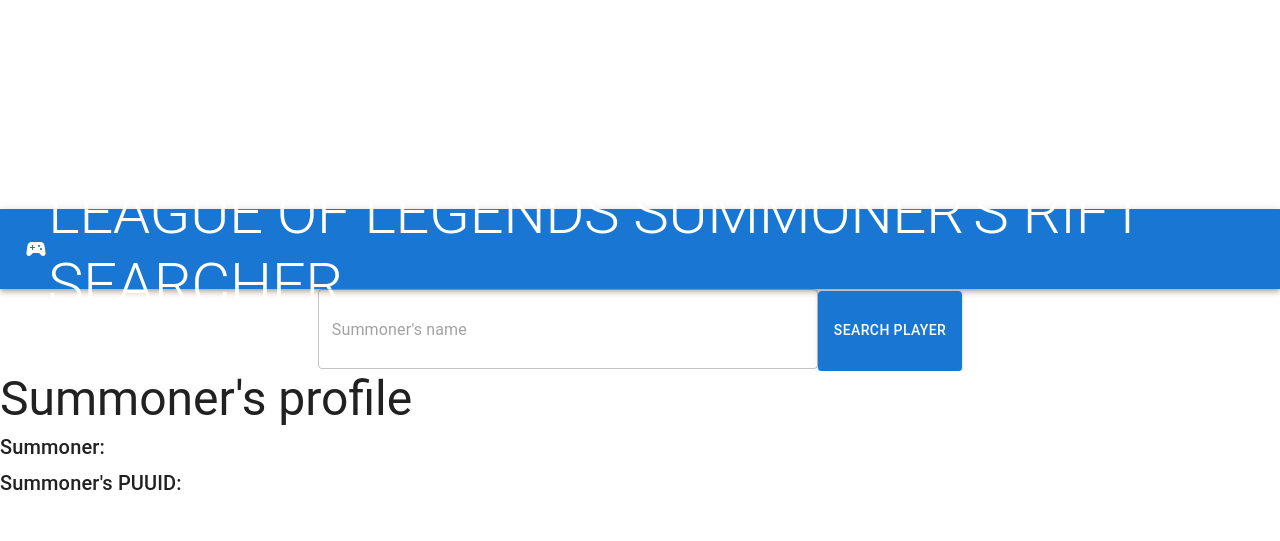
Repository: Mikerr21/League-Of-Legends-API
Page: /
An editor plug-in stored every save of this project. The page is shown before and after the next save, followed by the edit.
The browser window is 1280 px wide. The pictures show the whole page.
The page's requests for data from a server got no answer. The project was rebuilt for these pictures with package versions that can differ from the ones it lists, and the page was loaded fresh each time. No one was signed in, and anything a server would have sent is missing.

Above is the page before, as saved 2022-09-24 22:33:26.

### public/index.html
<!DOCTYPE html>
<html lang="en">
  <head>
    <meta charset="utf-8" />
    <link rel="icon" href="%PUBLIC_URL%/favicon.ico" />
    <meta name="viewport" content="width=device-width, initial-scale=1" />
    <meta name="theme-color" content="#000000" />
    <meta
      name="description"
      content="Web site created using create-react-app"
    />
    <link rel="apple-touch-icon" href="%PUBLIC_URL%/logo192.png" />

    <title>React App</title>
  </head>
  <body>
    <noscript>You need to enable JavaScript to run this app.</noscript>
    <div id="root"></div>

  </body>
</html>

### src/App.js
import React from "react";
import axios from "axios";
import { useState } from "react";
import { AppBar } from "@mui/material";
import { Toolbar } from "@mui/material";
import { CssBaseline } from "@mui/material";
import SportsEsportsIcon from "@mui/icons-material/SportsEsports";
import OutlinedInput from "@mui/material/OutlinedInput";

import { Typography } from "@mui/material";
import { Button } from "@mui/material";
import { Box } from "@mui/material";

import ListSubheader from "@mui/material/ListSubheader";
import List from "@mui/material/List";
import ListItemButton from "@mui/material/ListItemButton";
import ListItemIcon from "@mui/material/ListItemIcon";
import ListItemText from "@mui/material/ListItemText";
import Collapse from "@mui/material/Collapse";
import InboxIcon from "@mui/icons-material/MoveToInbox";
import DraftsIcon from "@mui/icons-material/Drafts";
import SendIcon from "@mui/icons-material/Send";
import ExpandLess from "@mui/icons-material/ExpandLess";
import ExpandMore from "@mui/icons-material/ExpandMore";
import StarBorder from "@mui/icons-material/StarBorder";
import Grid from "@mui/material/Grid";

function App() {
  const [searchPlayer, setSearchPlayer] = useState("");
  const [playerData, setPlayerData] = useState({});
  const API_KEY = "c4eb3244-2494-4789-a6a3-47b4f6d5b70a";

  function fetchPlayerData(event) {
    var API_KEY = "RGAPI-e5d7e95c-8a4e-4469-bf42-53bc6d1175b3";
    var API_CALL_STRING =
      "https://euw1.api.riotgames.com/lol/summoner/v4/summoners/by-name/" +
      searchPlayer +
      "?api_key=" +
      API_KEY;
    axios
      .get(API_CALL_STRING)
      .then(function (response) {
        //Success

        setPlayerData(response.data);
      })
      .catch(function (error) {
        //Error
        console.log(error);
      });
  }

  return (
    <div className="App">
      <CssBaseline />

      <Grid
        container
        spacing={0}
        direction="column"
        alignItems="center"
        justifyContent="center"
        style={{ minHeight: "100vh" }}
      >
        <CssBaseline />
        <AppBar position="static">
          <Toolbar variant="dense" style={{ height: "80px" }}>
            <SportsEsportsIcon></SportsEsportsIcon>
            <Typography variant="h2" component="h2">
              LEAGUE OF LEGENDS SUMMONER'S RIFT SEARCHER
            </Typography>
          </Toolbar>
        </AppBar>
        <Box>
          <OutlinedInput
            onChange={(e) => setSearchPlayer(e.target.value)}
            type="text"
            placeholder="Summoner's name"
            style={{ height: "80px", width: "500px" }}
          ></OutlinedInput>
          <Button
            onClick={fetchPlayerData()}
            variant="contained"
            style={{ height: "80px" }}
          >
            Search player
          </Button>
        </Box>
        {JSON.stringify(playerData.data)}

        <List
          sx={{ width: "100%", maxWidth: 1300, bgcolor: "background.paper" }}
          component="nav"
          aria-labelledby="nested-list-subheader"
          subheader={<Typography variant="h3">Summoner's profile</Typography>}
        >
          {/* <ListItemButton>
        <ListItemIcon>
          <SendIcon />
        </ListItemIcon>
        <ListItemText primary="Sent mail" />
      </ListItemButton>
      <ListItemButton>
        <ListItemIcon>
          <DraftsIcon />
        </ListItemIcon>
        <ListItemText primary="Drafts" />
      </ListItemButton>
        <List component="div" disablePadding>
          <ListItemButton sx={{ pl: 4 }}>
            <ListItemIcon>
              <StarBorder />
            </ListItemIcon>
            <ListItemText primary="Starred" />
          </ListItemButton>
        </List>
     */}
          <ListItemText>
            <Typography variant="h6">Summoner:</Typography>
          </ListItemText>
          <ListItemText>
            <Typography variant="h6">{searchPlayer}</Typography>
          </ListItemText>
          <ListItemText>
            <Typography variant="h6">
              Summoner's PUUID:{playerData.puuid}
            </Typography>
          </ListItemText>
        </List>
      </Grid>
    </div>
  );
}

export default App;

Loaded but not shown: src/index.js (common file)

After the next save:
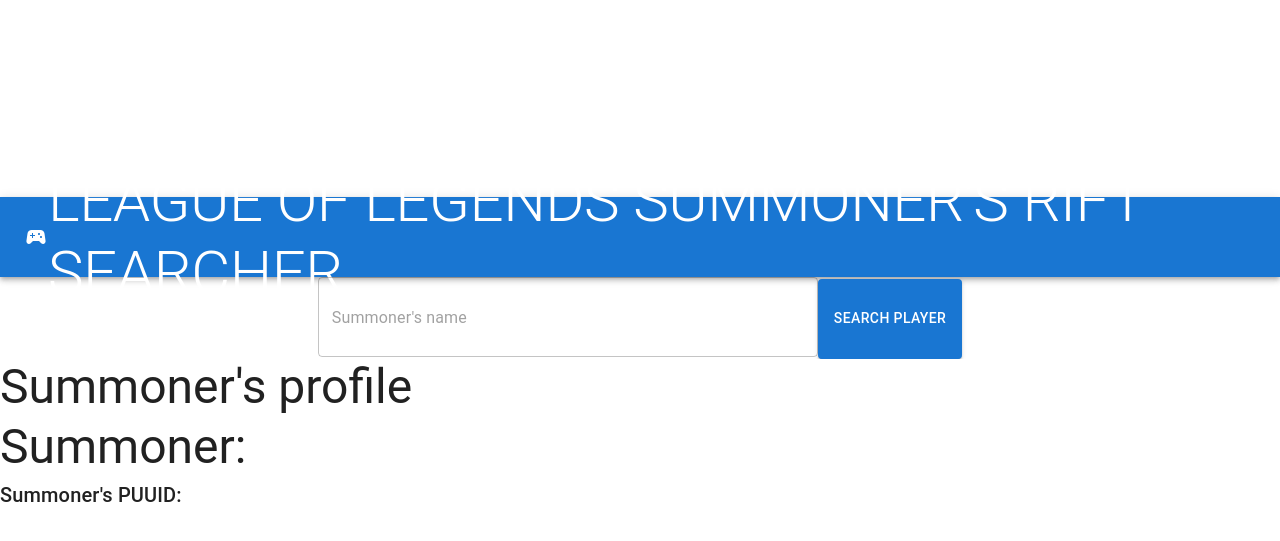
Saved 5 s later.
--- a/src/App.js
+++ b/src/App.js
@@ -116,7 +116,7 @@
         </List>
      */}
           <ListItemText>
-            <Typography variant="h6">Summoner:</Typography>
+            <Typography variant="h3">Summoner:</Typography>
           </ListItemText>
           <ListItemText>
             <Typography variant="h6">{searchPlayer}</Typography>
